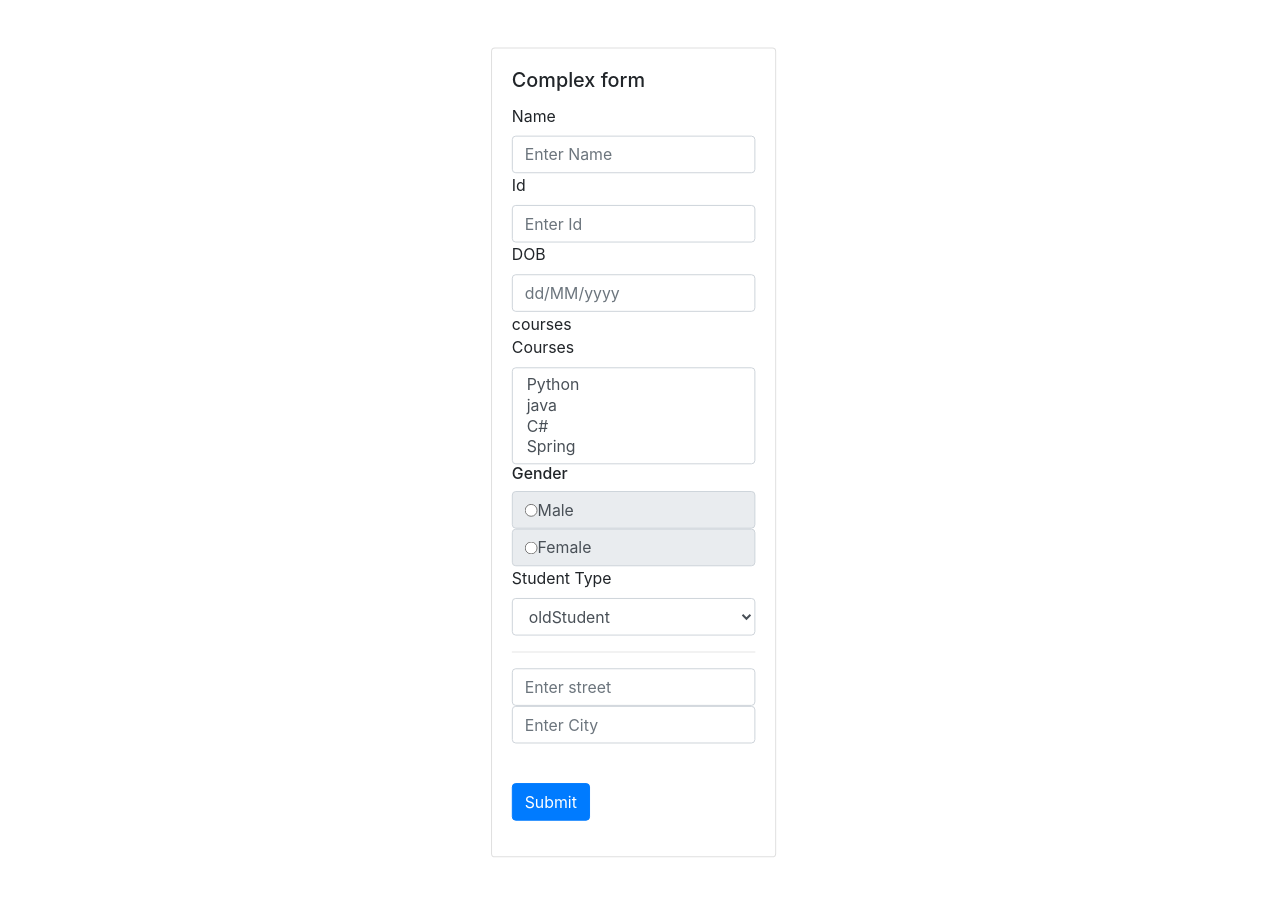
Repository: parvaizsajad/SpringFrameWork
Page: http://localhost/com.springMvc.search/complex
The author's editor kept a copy of each file at every save. The page is drawn from the files as they stood at one save, then again after the next save.
The browser window is 1280 px wide. The pictures show the whole page, at 99% of full size.
Some web libraries are served in a nearby version. The page is served by Tomcat 9. Other server files are loaded and not shown.

Above is the page before, as saved 2021-09-10 13:14:07.

### com.springMvc.search/src/main/webapp/WEB-INF/spring-servlet.xml
<?xml version="1.0" encoding="UTF-8"?>


<!-- 2nd step step create the configuration file. -->

<beans xmlns="http://www.springframework.org/schema/beans"
	xmlns:xsi="http://www.w3.org/2001/XMLSchema-instance" xmlns:context="http://www.springframework.org/schema/context"
	xmlns:p="http://www.springframework.org/schema/p"
	xmlns:tx="http://www.springframework.org/schema/tx"
	xsi:schemaLocation="http://www.springframework.org/schema/beans
    http://www.springframework.org/schema/beans/spring-beans.xsd
    http://www.springframework.org/schema/context
    http://www.springframework.org/schema/context/spring-context.xsd
     http://www.springframework.org/schema/tx
    http://www.springframework.org/schema/tx/spring-tx.xsd
    ">
 <!--This is our bean or the metadata for our class  -->

 <context:component-scan base-package="com.springMvc.search"></context:component-scan>

<!--  view Resolver -->
   <bean class="org.springframework.web.servlet.view.InternalResourceViewResolver" name="viewResolver">
   <property name="prefix" value="/WEB-INF/views/"></property>
   <property name="suffix" value=".jsp"></property>
   </bean>




 </beans>

### com.springMvc.search/src/main/webapp/WEB-INF/views/complex.jsp
<%@ page language="java" contentType="text/html; charset=ISO-8859-1"
    pageEncoding="ISO-8859-1"%>
      <%@ taglib prefix="form" uri="http://www.springframework.org/tags/form" %>
<!doctype html>
<html lang="en">
  <head>
    <!-- Required meta tags -->
    <meta charset="utf-8">
    <meta name="viewport" content="width=device-width, initial-scale=1, shrink-to-fit=no">

    <!-- Bootstrap CSS -->
    <link rel="stylesheet" href="https://maxcdn.bootstrapcdn.com/bootstrap/4.0.0/css/bootstrap.min.css" integrity="sha384-Gn5384xqQ1aoWXA+058RXPxPg6fy4IWvTNh0E263XmFcJlSAwiGgFAW/dAiS6JXm" crossorigin="anonymous">


   <div class="card mx-auto m-5" style="width: 18rem;">

  <div class="card-body">
    <h5 class="card-title">Complex form</h5>



     <form action="handleform" method="post">
   <h3 class="text-center"></h3>

    <div class="form-group">
    <label for="name">Name</label>
    <input type="text" class="form-control" id="name" aria-describedby="emailHelp" name="name" placeholder="Enter Name">

     <label for="id">Id</label>
    <input type="text" class="form-control" id="id" aria-describedby="emailHelp" name="id"  placeholder="Enter Id">


      <label for="dob">DOB</label>
    <input type="text" class="form-control" id="dob" aria-describedby="emailHelp" name="dob"  placeholder="dd/MM/yyyy">

    <h7> courses</h7>
   <div class="form-group">
 <label for="">Courses</label><select class="form-control" name="courses" multiple="multiple">
 <option value="Python">Python</option>
  <option value="java">java</option>
   <option value="C#">C#</option>
    <option value="Spring">Spring</option>
 </select>


     <h6>Gender</h6>
    <div class="input-group-text">

    <input class="gender" type="radio" name="gender" value="Male" id="male1">Male
    </div>
    <div class="input-group-text">
    <input class="gender" type="radio"  name="gender" value="Female" id="male1">Female
    </div>

 <div class="form-group">
 <label for="">Student Type</label><select class="form-control" name="type">
 <option value="oldStudent">oldStudent</option>
  <option value="newStudent">newStudent</option>
 </select>

 <hr>
    <input type="text" class="form-control" id="street" aria-describedby="emailHelp" name="address.street" placeholder="Enter street">
        <input type="text" class="form-control" id="city" aria-describedby="emailHelp" name="address.city" placeholder="Enter City">
 </div>
<br>

      <button type="submit" class="btn btn-primary">Submit</button>
</form>


  </div>
  </div>
</div>



    <!-- Optional JavaScript -->
    <!-- jQuery first, then Popper.js, then Bootstrap JS -->
    <script src="https://code.jquery.com/jquery-3.2.1.slim.min.js" integrity="sha384-KJ3o2DKtIkvYIK3UENzmM7KCkRr/rE9/Qpg6aAZGJwFDMVNA/GpGFF93hXpG5KkN" crossorigin="anonymous"></script>
    <script src="https://cdnjs.cloudflare.com/ajax/libs/popper.js/1.12.9/umd/popper.min.js" integrity="sha384-ApNbgh9B+Y1QKtv3Rn7W3mgPxhU9K/ScQsAP7hUibX39j7fakFPskvXusvfa0b4Q" crossorigin="anonymous"></script>
    <script src="https://maxcdn.bootstrapcdn.com/bootstrap/4.0.0/js/bootstrap.min.js" integrity="sha384-JZR6Spejh4U02d8jOt6vLEHfe/JQGiRRSQQxSfFWpi1MquVdAyjUar5+76PVCmYl" crossorigin="anonymous"></script>
  </body>
</html>

### com.springMvc.search/src/main/java/com/springMvc/search/Generilizedexceptionhandler.java
package com.springMvc.search;

import org.springframework.http.HttpStatus;
import org.springframework.stereotype.Controller;
import org.springframework.web.bind.annotation.ControllerAdvice;
import org.springframework.web.bind.annotation.ExceptionHandler;
import org.springframework.web.bind.annotation.ResponseStatus;

@ControllerAdvice
public class Generilizedexceptionhandler {
	@ResponseStatus(value = HttpStatus.INTERNAL_SERVER_ERROR)
	@ExceptionHandler({NullPointerException.class,NumberFormatException.class})
	public String errorHandler() {

		return "nullException";
	}
}

### com.springMvc.search/src/main/java/com/springMvc/search/SearchController.java
package com.springMvc.search;

import org.springframework.stereotype.Controller;
import org.springframework.web.bind.annotation.RequestMapping;
import org.springframework.web.bind.annotation.RequestParam;
import org.springframework.web.servlet.view.RedirectView;
@Controller
public class SearchController {
	@RequestMapping("/home")
	public String home() {

		System.out.println("going to home view");
		return("home");
	}
@RequestMapping("/search")
	public RedirectView search(@RequestParam("search") String sear) {
		String querry="https://www.google.com/search?q="+sear;
		RedirectView rd=new RedirectView();
		if(sear.isBlank()) {
		 rd.setUrl("home");
		 return rd;
		}


		rd.setUrl(querry);
		return rd;
	}
}

### com.springMvc.search/src/main/java/com/springMvc/search/complex.java
package com.springMvc.search;

import org.springframework.stereotype.Controller;
import org.springframework.ui.Model;
import org.springframework.validation.BindingResult;
import org.springframework.web.bind.annotation.ModelAttribute;
import org.springframework.web.bind.annotation.RequestMapping;
import org.springframework.web.bind.annotation.RequestMethod;
import org.springframework.web.bind.annotation.RequestParam;

@Controller
public class complex {

	@RequestMapping("/complex")
	public String complexform() {

		return"/complex";
	}

	@RequestMapping(path = "/handleform",method = RequestMethod.POST)
	public String handleForm(@ModelAttribute Form form,BindingResult result) {
		if(result.hasErrors()) {
			return"/complex";
		}
	System.out.println(form.getAddress());
		return "/login";
	}
}

### com.springMvc.search/src/main/java/com/springMvc/search/Form.java
package com.springMvc.search;

import java.util.Date;

public class Form {
	private String name;
	private long id;
	private Date dob;
	private String courses;
	private String gender;
	private String type;
	private Address address;
	public Address getAddress() {
		return address;
	}
	public void setAddress(Address address) {
		this.address = address;
	}
	public Form() {
		super();
		// TODO Auto-generated constructor stub
	}

	@Override
	public String toString() {
		return "Form [name=" + name + ", id=" + id + ", dob=" + dob + ", courses=" + courses + ", gender=" + gender
				+ ", type=" + type + ", address=" + address + "]";
	}


	public Form(String name, long id, Date dob, String courses, String gender, String type) {
		super();
		this.name = name;
		this.id = id;
		this.dob = dob;
		this.courses = courses;
		this.gender = gender;
		this.type = type;

	}
	public String getName() {
		return name;
	}
	public void setName(String name) {
		this.name = name;
	}
	public long getId() {
		return id;
	}
	public void setId(long id) {
		this.id = id;
	}
	public Date getDob() {
		return dob;
	}
	public void setDob(Date dob) {
		this.dob = dob;
	}
	public String getCourses() {
		return courses;
	}
	public void setCourses(String courses) {
		this.courses = courses;
	}
	public String getGender() {
		return gender;
	}
	public void setGender(String gender) {
		this.gender = gender;
	}
	public String getType() {
		return type;
	}
	public void setType(String type) {
		this.type = type;
	}


}

After the next save:
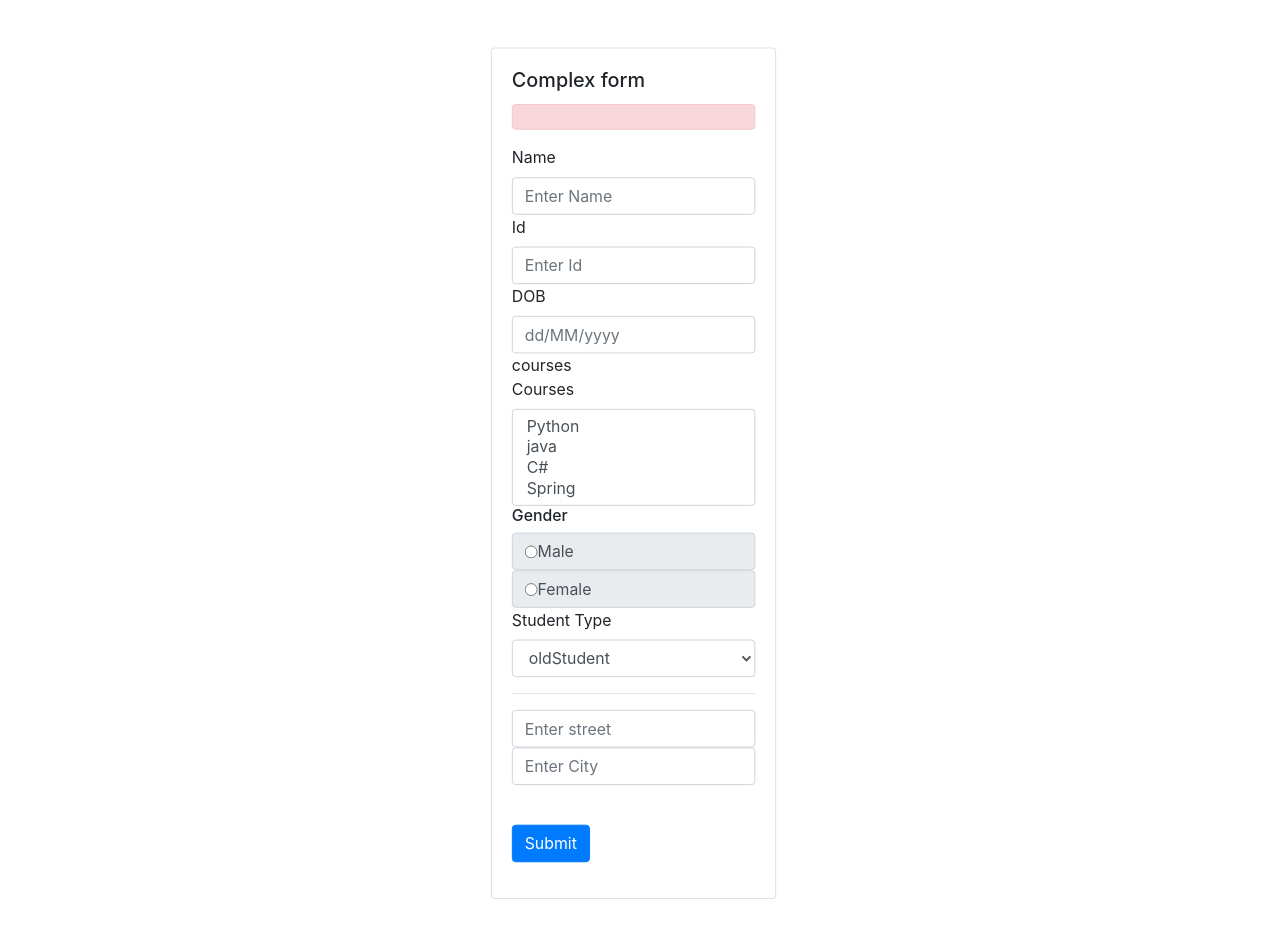
Saved 3 min 7 s later.
--- a/com.springMvc.search/src/main/webapp/WEB-INF/views/complex.jsp
+++ b/com.springMvc.search/src/main/webapp/WEB-INF/views/complex.jsp
@@ -17,7 +17,9 @@
   <div class="card-body">
     <h5 class="card-title">Complex form</h5>
 
-
+  <div class="alert alert-danger" role="alert">
+<form:errors path="form.*"/>
+</div>
 
      <form action="handleform" method="post">
    <h3 class="text-center"></h3>
